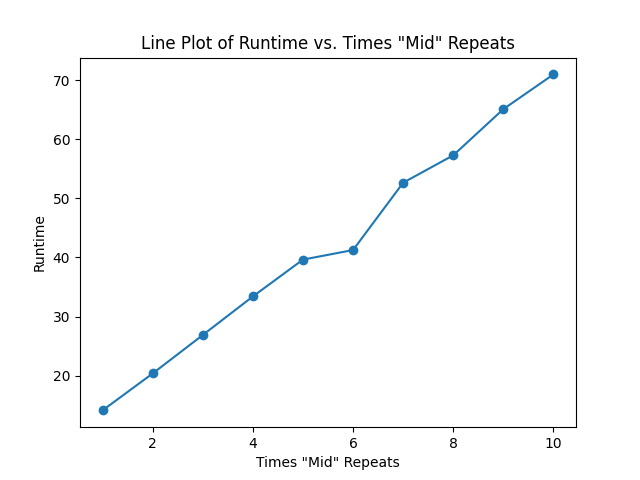
Repository: kingsoneight/CS350-Computer-System
Script's output: python hw7/EVAL/1b.py
These files come from the project's save history. The script's output is drawn as it stood at one moment and after the next save; the edit follows.
Random numbers start from a fixed seed.

Above is the script's output before, as saved 2023-12-04 22:25:59.

### hw7/EVAL/1b.py
import matplotlib.pyplot as plt

# Sample data (replace with your own data)
x_values = [1, 2, 3, 4, 5, 6, 7, 8, 9, 10]
y_values = [14.11, 20.36, 26.87, 33.4, 39.64,
            41.26, 52.66, 57.3, 65.12, 71]

# Create the plot
plt.plot(x_values, y_values, marker='o', linestyle='-')

# Add labels and title
plt.xlabel('Times "Mid" Repeats')
plt.ylabel('Runtime')
plt.title('Line Plot of Runtime vs. Times "Mid" Repeats')

# Show the plot
plt.show()

After the next save:
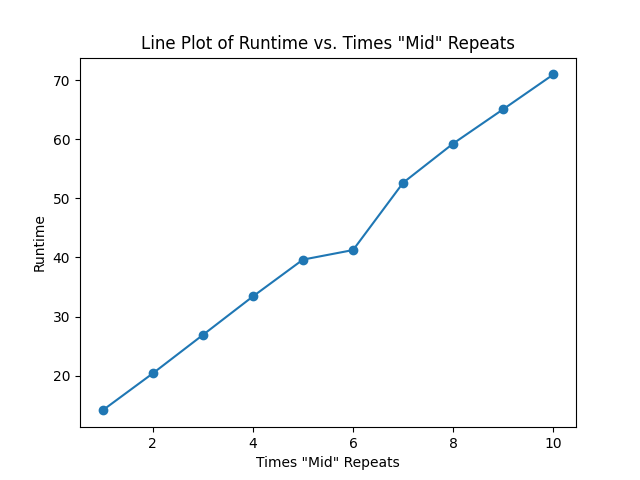
Saved 52 s later.
--- a/hw7/EVAL/1b.py
+++ b/hw7/EVAL/1b.py
@@ -3,7 +3,7 @@
 # Sample data (replace with your own data)
 x_values = [1, 2, 3, 4, 5, 6, 7, 8, 9, 10]
 y_values = [14.11, 20.36, 26.87, 33.4, 39.64,
-            41.26, 52.66, 57.3, 65.12, 71]
+            41.26, 52.66, 59.3, 65.12, 71]
 
 # Create the plot
 plt.plot(x_values, y_values, marker='o', linestyle='-')

After the save that followed:
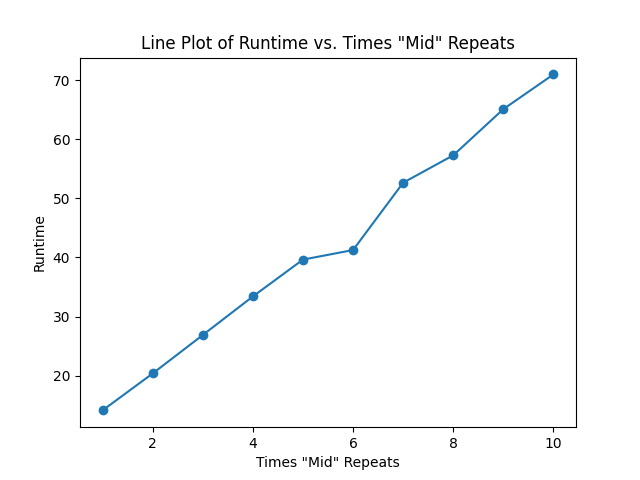
Saved 11 s later.
--- a/hw7/EVAL/1b.py
+++ b/hw7/EVAL/1b.py
@@ -3,7 +3,7 @@
 # Sample data (replace with your own data)
 x_values = [1, 2, 3, 4, 5, 6, 7, 8, 9, 10]
 y_values = [14.11, 20.36, 26.87, 33.4, 39.64,
-            41.26, 52.66, 59.3, 65.12, 71]
+            41.26, 52.66, 57.3, 65.12, 71]
 
 # Create the plot
 plt.plot(x_values, y_values, marker='o', linestyle='-')
